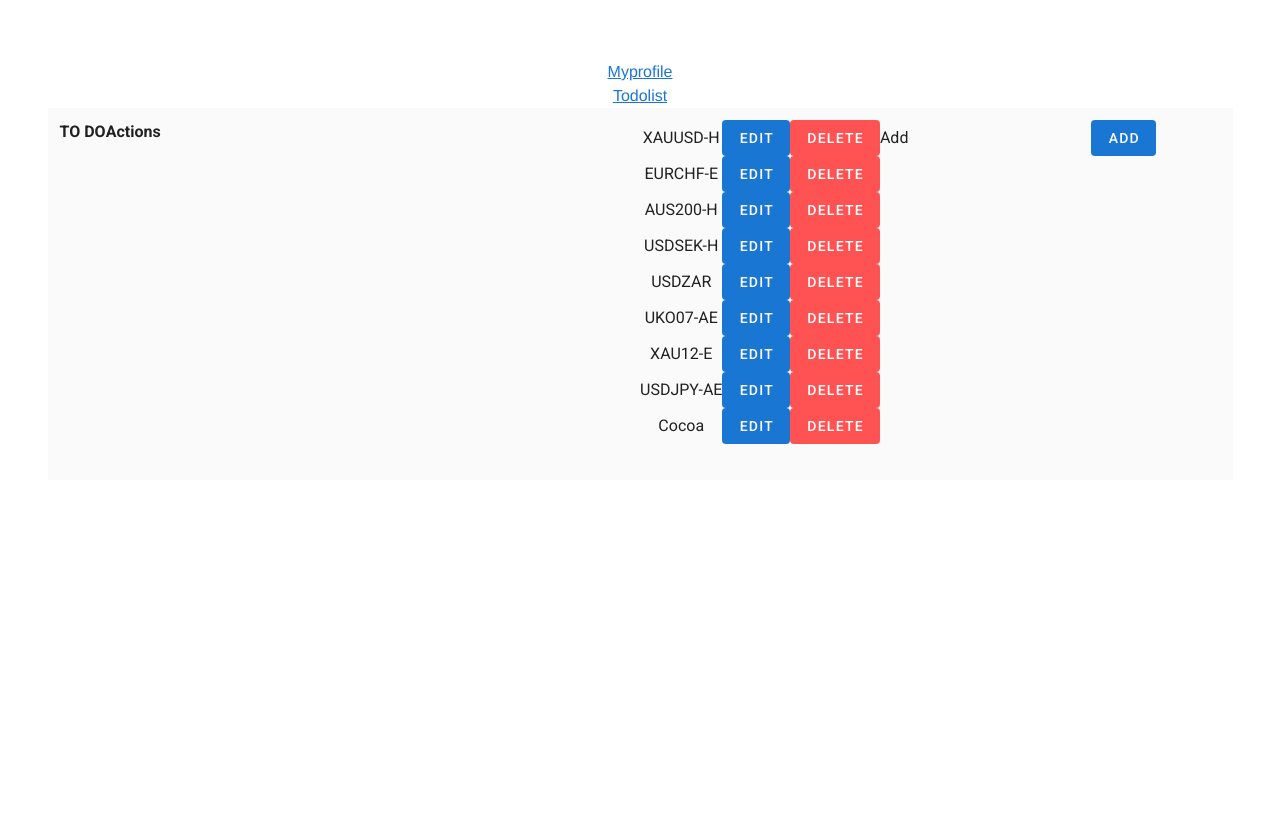
Repository: Shanshan67/todolist
Page: /#/todolist
An editor plug-in stored every save of this project. The page is shown before and after a run of saves, followed by the edit.
The browser window is 1280 px wide. The pictures show the whole page.
The project was rebuilt for these pictures with package versions that can differ from the ones it lists, and the page was loaded fresh each time. Requests to the local data server were answered from the project's data file. Also part of the build but not shown: src/pages/Dashboard.vue, src/components/Search.vue, src/components/List.vue, src/pages/Myprofile.vue.

Above is the page before, as saved 2022-07-20 19:41:19.

### index.html
<!DOCTYPE html>
<html>
  <head>
    <meta charset="utf-8">
    <meta name="viewport" content="width=device-width,initial-scale=1.0">
    <link href="https://fonts.googleapis.com/css?family=Roboto:100,300,400,500,700,900" rel="stylesheet">
    <link href="https://cdn.jsdelivr.net/npm/@mdi/font@6.x/css/materialdesignicons.min.css" rel="stylesheet">
    <title>baoge</title>
  </head>
  <body>
    <div id="app"></div>
    <!-- built files will be auto injected -->
  </body>
</html>

### src/main.js
// The Vue build version to load with the `import` command
// (runtime-only or standalone) has been set in webpack.base.conf with an alias.
import Vue from 'vue'
import App from './App'
import router from './router'
import store from './store'
import './plugins/vuetify'
import vuetify from '@/plugins/vuetify'

Vue.config.productionTip = false

/* eslint-disable no-new */
new Vue({
  el: '#app',
  router,
  store,
  vuetify,
  components: { App },
  template: '<App/>'
})

### src/App.vue
<template>
  <v-app>
    <div>
      <HelloWorld/>
    </div>
    <div>
      <router-link to="/profile">Myprofile</router-link>
      <v-spacer></v-spacer>
      <router-link to="/todolist">Todolist</router-link>
    </div>
    <v-content>
      <router-view/>
    </v-content>
  </v-app>
</template>

<script>
import Dashboard from './pages/Dashboard.vue';
export default {
    name: "App",
    components: { Dashboard }
}
</script>

<style>
#app {
  font-family: 'Avenir', Helvetica, Arial, sans-serif;
  -webkit-font-smoothing: antialiased;
  -moz-osx-font-smoothing: grayscale;
  text-align: center;
  color: #2c3e50;
  margin-top: 60px;
}
</style>

### src/router/index.js
import Vue from 'vue'
import Router from 'vue-router'
import Dashboard from '@/pages/Dashboard'
import Myprofile from '../pages/Myprofile'
import Todolist from '../pages/Todolist'

Vue.use(Router)

export default new Router({
  routes: [
    {
      path: '/',
      name: 'Dashboard',
      component: Dashboard
    },
    {
			path:'/profile',
			component:Myprofile
		},
		{
			path:'/todolist',
			component:Todolist
		}
  ]
})

### src/store/index.js
import Vue from 'vue'
import Vuex from 'vuex'
import Axios from "axios"

Vue.use(Vuex)

const todoUrl = "http://localhost:3000/todos";

const actions = {
	searchName(context,value){
		Axios.get(`${todoUrl}/${value}`).then(response => {
            context.commit('searchName', response.data);
			console.log(response.data)
        });
	}
}


const mutations = {
	searchName(state,data){
		state.users = data
	}
}

const state = {
	users:[]
}

export default new Vuex.Store({
	state,
	actions,
	mutations
})

### src/plugins/vuetify.js
// src/plugins/vuetify.js

import Vue from 'vue'
import Vuetify from 'vuetify'
import 'vuetify/dist/vuetify.min.css'

Vue.use(Vuetify, {
    iconfont: 'md',
    theme:{
        primary: '#962ff',
        success: '#3cd1c2',
        info: '#ffaa2c',
        error: '#f83e70',
    }
})

const opts = {}

export default new Vuetify(opts)

### src/pages/Todolist.vue
<template>
	<div>
		<v-app id="inspire">
    		<v-container class="grey lighten-5">
				<v-row class="mb-6" no-gutters>
					<v-col sm="5" md="6">
						<tr>
							<th>TO DO</th>
							<th>Actions</th>
						</tr>
					</v-col>
					<tbody>
						<tr v-for="(item, i) in todoList" :key="i">
							<td class="align-middle w-75">
								{{item.name}}
							</td>
							<td class="align-middle text-center w-75">
								<v-btn
        							depressed
        							color="primary"
									@click="handleEdit(item.id)">Edit</v-btn>
      		 					<v-btn
        							depressed
        							color="error"
									@click="handleDelete(item.id)">Delete</v-btn>
							</td>
						</tr>
					</tbody>
					<tfoot>
						<td class="align-middle text-center w-75">
							<div class="form-group">
								<label for="">
									{{ editMode ? "Edit" : "Add" }}</label>
								<input
									type="text"
									class="form-control"
									v-model="todoItem.name"
								/>
							</div>
						</td>
						<td class="align-middle text-center w-25">
							<v-btn
        						depressed
        						color="primary"
								@click="handleToDoItem">{{ editMode ? "Edit" : "Add" }}</v-btn>
							<v-btn
								v-if="editMode"
        						depressed
        						color="error"
								@click="handleCancel">Cancel</v-btn>
						</td>
					</tfoot>
				</v-row>
			</v-container>
  		</v-app>
	</div>
</template>

<script>
	import Axios from "axios";
	const todoUrl = "http://localhost:3000/todos";
	export default {
		name:'Todolist',
		data() {
			return {
				todoList:[],
				todoItem:{},
				editMode:false
			}
		},
		methods: {
			handleEdit(id){
				this.editMode=true;
				this.todoItem=this.todoList.find((item) => item.id == id);
			},
			handleCancel() {
				this.editMode=false;
				this.todoItem="";
			},
			async handleToDoItem(){
				const id=this.todoItem.id;
				if(this.editMode){
					await Axios.put(`${todoUrl}/${id}`, this.todoItem);
					this.editMode=false;
					this.todoItem.name="";
				}else{
					await Axios.post(todoUrl, this.todoItem);
					this.todoItem.name = "";
				}
				Axios.get(todoUrl).then((response) => (this.todoList = response.data));
			},
			async handleDelete(id) {
				await Axios.delete(`${todoUrl}/${id}`);
				Axios.get(todoUrl).then((response) => (this.todoList = response.data));
			}
		},
		created() {
			Axios.get(todoUrl).then((response) => (this.todoList = response.data));
		}
	}
</script>

### db.json
{
  "todos": [
    {
      "id": 2,
      "server_id": 3,
      "name": "XAUUSD-H",
      "description": "Gold vs USD",
      "currency": "USD",
      "type": 4,
      "digits": 2,
      "trade": 0,
      "swap_long": -1.83625,
      "swap_short": 1.82325,
      "contract_size": 100
    },
    {
      "id": 3,
      "server_id": 3,
      "name": "EURCHF-E",
      "description": "Euro vs Swiss Franc",
      "currency": "EUR",
      "type": 6,
      "digits": 5,
      "trade": 0,
      "swap_long": 0.027,
      "swap_short": -0.825,
      "contract_size": 100000
    },
    {
      "id": 4,
      "server_id": 3,
      "name": "AUS200-H",
      "description": "S&P/ASX200",
      "currency": "AUD",
      "type": 4,
      "digits": 2,
      "trade": 0,
      "swap_long": 0.68,
      "swap_short": -1.06,
      "contract_size": 1
    },
    {
      "id": 5,
      "server_id": 3,
      "name": "USDSEK-H",
      "description": "US Dollar vs Swedish Krona",
      "currency": "USD",
      "type": 4,
      "digits": 5,
      "trade": 0,
      "swap_long": 0.256,
      "swap_short": -1.44,
      "contract_size": 100000
    },
    {
      "id": 6,
      "server_id": 3,
      "name": "USDZAR",
      "description": "US Dollar vs South African Rand",
      "currency": "USD",
      "type": 0,
      "digits": 5,
      "trade": 2,
      "swap_long": -23.004,
      "swap_short": 5.88,
      "contract_size": 100000
    },
    {
      "id": 8,
      "server_id": 3,
      "name": "UKO07-AE",
      "description": "Brent Crude Oil Cash Future 0124-0530",
      "currency": "USD",
      "type": 29,
      "digits": 3,
      "trade": 0,
      "swap_long": -8.604,
      "swap_short": 4.626,
      "contract_size": 1000
    },
    {
      "id": 9,
      "server_id": 3,
      "name": "XAU12-E",
      "description": "Gold Future",
      "currency": "USD",
      "type": 4,
      "digits": 2,
      "trade": 0,
      "swap_long": -11.088,
      "swap_short": 0.792,
      "contract_size": 100
    },
    {
      "id": 10,
      "server_id": 3,
      "name": "USDJPY-AE",
      "description": "US Dollar vs Japanese Yen",
      "currency": "USD",
      "type": 27,
      "digits": 3,
      "trade": 0,
      "swap_long": 1.35,
      "swap_short": -4.191,
      "contract_size": 100000
    },
    {
      "id": 11,
      "server_id": 3,
      "name": "Cocoa",
      "description": "US Cocoa",
      "currency": "USD",
      "type": 20,
      "digits": 1,
      "trade": 0,
      "swap_long": -12.3289,
      "swap_short": 7.3873,
      "contract_size": 10
    }
  ]
}

After the next 2 saves:
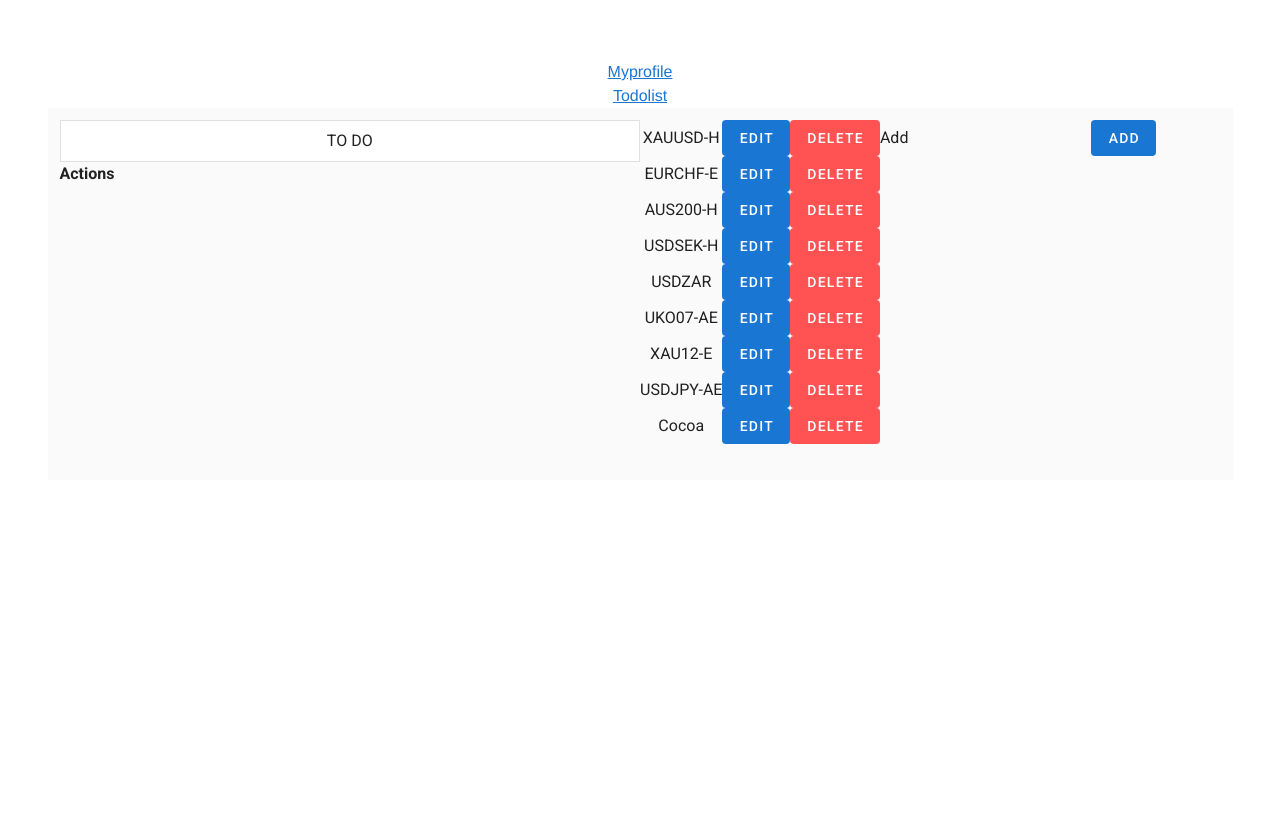
The 2 saves are shown as one change because 1 did not build or start.
The last was saved 2 min 4 s later.
--- a/src/pages/Todolist.vue
+++ b/src/pages/Todolist.vue
@@ -4,10 +4,8 @@
     		<v-container class="grey lighten-5">
 				<v-row class="mb-6" no-gutters>
 					<v-col sm="5" md="6">
-						<tr>
-							<th>TO DO</th>
-							<th>Actions</th>
-						</tr>
+						<v-card class="pa-2" outlined tile>TO DO</v-card>
+						<th>Actions</th>
 					</v-col>
 					<tbody>
 						<tr v-for="(item, i) in todoList" :key="i">
